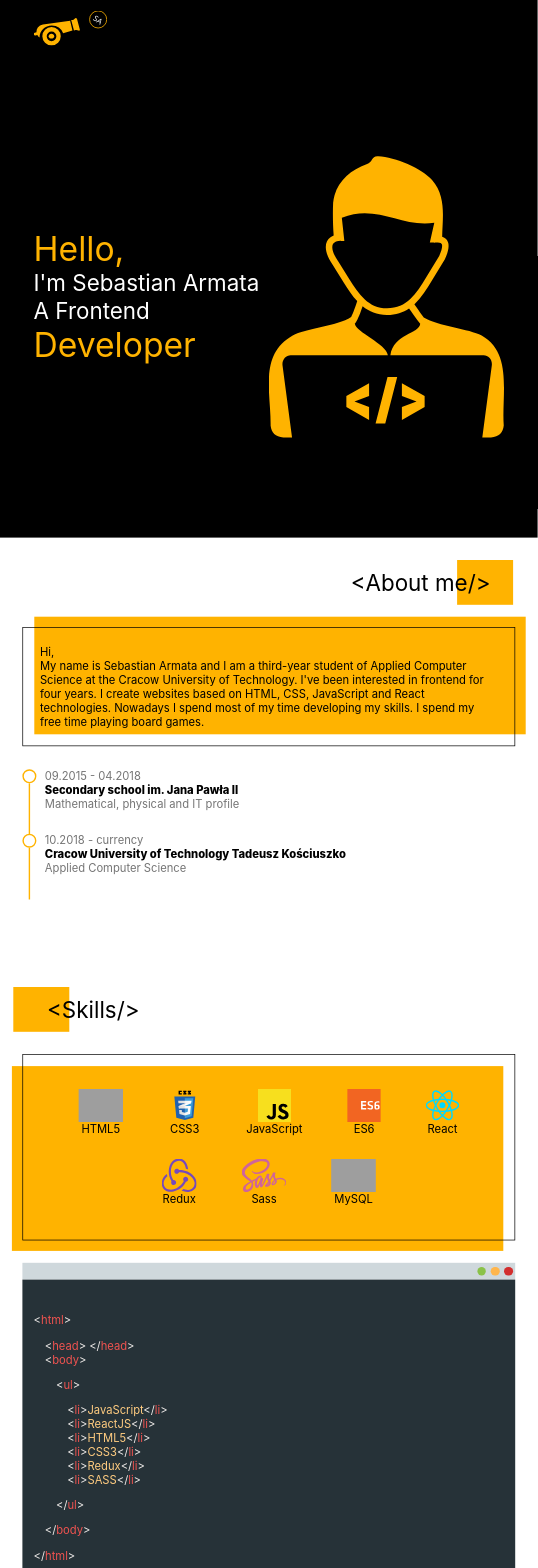
Repository: SebastianArmata22/Portfolio
Page: /
These files come from the project's save history. The page is drawn as it stood at one moment and after a run of saves; the edit follows.
The browser window is 768 px wide. The pictures show the part of the page from y = 0 to 2240 px (the page is 5483 px tall), at 70% of full size.
Pictures or frames that could not be fetched are drawn as grey boxes. The project was rebuilt for these pictures with package versions that can differ from the ones it lists, and the page was loaded fresh each time.

Above is the page before, as saved 2021-03-03 14:39:15.

### public/index.html
<!DOCTYPE html>
<html lang="en">
  <head>
    <meta charset="utf-8" />
    <link rel="icon" href="%PUBLIC_URL%/favicon.ico" />
    <meta name="viewport" content="width=device-width, initial-scale=1" />
    <meta name="theme-color" content="#000000" />
    <meta
      name="description"
      content="Web site created using create-react-app"
    />
    <link rel="apple-touch-icon" href="%PUBLIC_URL%/logo192.png" />
    <!--
      manifest.json provides metadata used when your web app is installed on a
      user's mobile device or desktop. See https://developers.google.com/web/fundamentals/web-app-manifest/
    -->
    <link rel="manifest" href="%PUBLIC_URL%/manifest.json" />
    <!--
      Notice the use of %PUBLIC_URL% in the tags above.
      It will be replaced with the URL of the `public` folder during the build.
      Only files inside the `public` folder can be referenced from the HTML.

      Unlike "/favicon.ico" or "favicon.ico", "%PUBLIC_URL%/favicon.ico" will
      work correctly both with client-side routing and a non-root public URL.
      Learn how to configure a non-root public URL by running `npm run build`.
    -->
    <title>Sebastian Armata</title>
  </head>
  <body>
    <noscript>You need to enable JavaScript to run this app.</noscript>
    <div id="root"></div>
    <!--
      This HTML file is a template.
      If you open it directly in the browser, you will see an empty page.

      You can add webfonts, meta tags, or analytics to this file.
      The build step will place the bundled scripts into the <body> tag.

      To begin the development, run `npm start` or `yarn start`.
      To create a production bundle, use `npm run build` or `yarn build`.
    -->
  </body>
</html>

### src/App.js
import './App.css'
//components
import Header from './components/header/Header'
import MainPage from './components/mainPage/MainPage'
import Skills from './components/skills/Skills'
import AboutMe from './components/aboutMe/AboutMe'
import Contact from './components/contact/Contact'
import Footer from './components/footer/Footer'
import Projects from './components/projects/Projects'

function App() {
  return (
    <div className="App">
      <header>
        <Header />
      </header>
      <main>
        <MainPage />
        <AboutMe />
        <Skills />
        <Projects />
        <Contact />
      </main>
      <footer>
        <Footer />
      </footer>
    </div>
  );
}

export default App;

### src/App.css
html, body,*{
    margin: 0;
    padding: 0;

}
*{
    box-sizing: border-box;
}
:root{
    font-size: 16px;
}

### src/components/mainPage/MainPage.js
import classes from './mainPage.module.scss'
import React from 'react'
import programmer from '../../icons/programmer.svg'

const MainPage = ()=>{
    return(
        <div className={classes.main_page_container}>
            <div>
                <p><span>Hello,</span></p>
                <p>I'm Sebastian Armata</p>
                <p>A Frontend <span>Developer</span></p>
            </div>
            <div className={classes.programmer}>
                <img src={programmer} alt=""></img>
            </div>
        </div>
    )
}
export default MainPage

### src/components/contact/Contact.js
import classes from './contact.module.scss'
import React from 'react'
import EmailForm from '../emailForm/EmailForm'

const Contact = ()=>{
    return(
        <div className={classes.contact}>
        <header>
            <p>&lt;Contact/&gt;</p>
        </header>
        <main>
            <div>
                <div className={classes.contact_info}>
                    <p><span>email: </span>sebastian.armata22@gmail.com</p>
                    <p><span>phone: </span>+48  726 873 385</p>
                    <p><span>LinkedIn: </span>linkedin.com/in/sebastian-armata-605466207</p>
                    <p><span>GitHub: </span>https://github.com/SebastianArmata22</p>

                </div>
            </div>
            <div>
                <EmailForm />
            </div>
        </main>
    </div>
    )
}
export default Contact

### src/components/footer/Footer.js
import classes from './footer.module.scss'
import React from 'react'

const Footer = ()=>{
    return(
        <div className={classes.footer}>
            <p>Sebastian Armata 2021©</p>
        </div>
        )
}
export default Footer

### src/components/projects/Projects.js
import classes from './projects.module.scss'
import projectsData from '../../data/projectsData'
import React from 'react'
import ProjectItem from '../projectItem/ProjectItem'
const Projects = ()=>{

    return(
        <div className={classes.projects}>
            <header>
                <p>&lt;Projects/&gt;</p>
            </header>
            <main>
                {projectsData.map((project)=>< ProjectItem project={project}/>)}
            </main>
        </div>
    )
}
export default Projects

### src/components/header/header.module.scss
@import '../../variables.scss';

.header{
    height: 7rem;
    width: 100%;
    background-color: $third-main-color;
    display: flex;
    align-items: center;
    justify-content: space-between;
    padding: 1rem;
    img{
        padding: 0 2rem;
        height: 75px;
    }
    ul{
        li{
            list-style: none;
            text-align: center;
            cursor: pointer;
        }
    }
}
.hamburger{
        display:flex;
         flex-direction:column;
         width:40px;
         cursor:pointer;
        span{
         background: #fff;
         border-radius:10px;
         height:3px;
         margin: 3px 0;
         transition: .4s  cubic-bezier(0.68, -0.6, 0.32, 1.6);
       }
       span:nth-of-type(1){
         width:50%;
       }
       span:nth-of-type(2){
         width:100%;
       }
       span:nth-of-type(3){
         width:75%;
       }
       input[type="checkbox"]{
         display:none;
       }
       input[type="checkbox"]:checked ~ span:nth-of-type(1){
         transform-origin:bottom;
         transform:rotatez(45deg) translate(4px,0px)
       }
       input[type="checkbox"]:checked ~ span:nth-of-type(2){
         transform-origin:top;
         transform:rotatez(-45deg)
       }
       input[type="checkbox"]:checked ~ span:nth-of-type(3){
         transform-origin:bottom;
         width:50%;
         transform: translate(17px,-2px) rotatez(45deg);
       }
}
@media only screen and (min-width: 768px) {
    .header{
            ul{
                width: 50%;
                display: flex;
                align-items: center;
                justify-content: space-between;
                li{
                    list-style: none;
                    text-align: center;
                    color: $second-main-color;
                    width: 10rem;
                    font-size: 1rem;
                    color: $second-main-color;
                    cursor: pointer;
                    &:hover{
                        color: $first-main-color;
                    }
                }
            }
    }
    .hamburger{
        display: none;
    }
}
@media only screen and (max-width: 768px) {
    .header{
        height: 5rem;
        img{
            height: 50px;
        }
        ul{
            display: none;
        }
}
.responsiveMenu{
    position: absolute;
    top: 7rem;
    left: 0;
    display: flex !important;
    align-items: center;
    flex-direction: column;
    height: calc(100vh - 7rem);
    width: 100%;
    background-color: rgba(0,0,0,1);
    z-index: 10;
    li{
        width: 60%;
        padding: 1rem;
        margin: 1rem;
        font-size: 1.5rem;
        border: 1px solid $second-main-color;
        color: $third-main-color;
        position: relative;
        &::before{
                display: block;
                content: "";
                width: 100%;
                height: 100%;
                z-index: -1;
                position: absolute;
                top:-0.5rem;
                left: -0.5rem;
                background-color: $first-main-color;
        }
    }
}
}

### src/components/mainPage/mainPage.module.scss
@import '../../variables.scss';

.main_page_container{
    width: 100%;
    background-color: $third-main-color;
    padding: 3rem;
    div{
        height: 100%;
        display: flex;
        justify-content: center;
        flex-direction: column;
    }
    p{
        color: $second-main-color;
        font-size: 2rem;
        span{
            color: $first-main-color;
            font-size: 3rem;
        }
    }
}
.programmer{
    img{
        height: 30rem;
    }

}
@media only screen and (max-width: 768px) {
    .main_page_container{
        min-height: calc(100vh - 5rem);
        display: block;
        >div{
            width: 100%;
        }
}
}
@media only screen and (min-width: 768px) {
    .main_page_container{
        min-height: calc(100vh - 7rem);
        @include flex-container;
        >div{
            width: 50%;
        }
}
}

### src/components/skills/skills.module.scss
@import '../../variables.scss';
.skills{
    width: 100%;
    padding: 2rem;
    header{
        @include flex-container;
        p{
            position: relative;
            font-size: 2rem;
            height: 4rem;
            width: 90%;
            display: flex;
            align-items: center;
            &::after{
                display: block;
                content: "";
                    width: 5rem;
                    height: 100%;
                    z-index: -1;
                    position: absolute;
                    top:0;
                    left: -3rem;
                    background-color: $first-main-color;
            }
        }
    }
    main{
        display: flex;
        flex-wrap: wrap;
        align-items: center;
        >div{
            width: 50%;
            display: flex;
            justify-content: center;
        }
    }
}
.bar{
    display: flex;
    justify-content: flex-end;
    align-items: center;
    background-color: #cfd8dc;
    height: 1.5rem;
    div{
        width: 0.8rem;
        height: 0.8rem;
        border-radius: 1rem;
        margin: 0 0.2rem;
        cursor: pointer;

    }
}
.console_container{
    flex-direction: column;
}
._red{
    background-color: #d22e2e;
}
._yellow{
    background-color: #ffb64c;
}
._green{
    background-color: #8ac249;
}
.logo_container{

    width: 100%;
    height: 50%;
    align-items: center;
    flex-wrap: wrap;
    margin: 2rem 0;
    > div{
        min-height: 100%;
        @include flex-container;
        flex-wrap: wrap;
        border: 1px solid $third-main-color;
        position: relative;
        padding: 2rem;
        &::before{
            display: block;
            content: "";
            width: 100%;
            height: 100%;
            z-index: -1;
            position: absolute;
            background-color: $first-main-color;
        }
  }
}
.logo{
    display: flex;
    flex-direction: column;
    align-items: center;
    margin:1rem 3rem;
    img{
        height: 5rem;
    }
}
@media only screen and (max-width: 600px) {
    .skills{
        padding: 0.5rem;
        main{
            flex-direction: column;
            >div{
                width: 100%;
            }
        }
    }
.logo_container{
    padding: 0.2rem;
    margin: 1rem 0;
    > div{
        width: 100%;
        &::before{
            bottom: -0.5rem;
            right: 0.5rem;
        }
    }
}
.logo{
    margin: 1rem;
    img{
        height: 3rem;
    }
}
}
@media only screen and (min-width: 600px) {
    .skills{
        main{
            flex-direction: column;
            >div{
                width: 100%;
            }
        }
    }
    .logo_container{
        > div{
            &::before{
                bottom:-1rem;
                right: 1rem;
            }
      }
    }
    .logo{
        margin: 1rem 2rem;
        img{
            height: 3rem;
        }
    }
}
@media only screen and (min-width: 992px) {
    .skills{
        main{
            flex-direction: row;
            >div{
                width: 50%;
            }
        }
    }
    .logo_container{
        padding: 2rem;
        min-height: 100%;
    }
}

### src/components/aboutMe/aboutme.module.scss
@import '../../variables.scss';

.aboutMe{
    width: 100%;
    padding: 2rem;
    header{
        @include flex-container;
        p{
            position: relative;
            font-size: 2rem;
            height: 4rem;
            width: 90%;
            display: flex;
            align-items: center;
            justify-content: flex-end;
            &::after{
                display: block;
                content: "";
                    width: 5rem;
                    height: 100%;
                    z-index: -1;
                    position: absolute;
                    top:0;
                    right: -2rem;
                    background-color: $first-main-color;
            }
        }
    }
    main{
        @include flex-container;
        padding: 2rem 0;
        >div{
            width: 50%;
        }
    }
}
.textAbouMe{
    border: 1px solid $third-main-color;
    position: relative;
    padding: 1.5rem;
    &::after{
            display: block;
            content: "";
            width: 100%;
            height: 100%;
            z-index: -1;
            position: absolute;
            top: -1rem;
            right: -1rem;
            background-color: $first-main-color;
    }
}
.schoolInformation{
    padding: 2rem;
    span{
        color: #757575;
    }
    ul{
        list-style: none;
        li{
            position: relative;
            padding: 0 0 2rem 0;
            &::before{
                    display: block;
                    content: "";
                    width: 16px;
                    height: 16px;
                    position: absolute;
                    top:1px;
                    left:-2rem;
                    border: 2px solid  $first-main-color;
                    border-radius: 50%;
            }
            &::after{
                display: block;
                content: "";
                width: 2px;
                top: 21px;
                left: calc(-2rem + 9px);
                height: calc(100% - 18px);
                position: absolute;
                background-color: $first-main-color;
        }


        }
    }
}
.school{
    font-weight: 800;
}
@media only screen and (max-width: 768px) {
    .aboutMe{
        main{
            display: block;
            >div{
                width: 100%;
            }
        }
    }
}

### src/components/contact/contact.module.scss
@import '../../variables.scss';
.contact{
    padding: 2rem;
    header{
        p{
            position: relative;
            font-size: 2rem;
            height: 4rem;
            width: 90%;
            display: flex;
            align-items: center;
            &::after{
                display: block;
                content: "";
                width: 5rem;
                height: 100%;
                z-index: -1;
                position: absolute;
                top:0;
                left: 4rem;
                background-color: $first-main-color;
            }
        }
    }
    main{
        width: 100%;
        @include flex-container;
        flex-wrap: wrap;
        padding: 2rem;
        > div{
            min-width: 20rem;
            width: 50%;
            height: 100%;
            @include flex-container;
        }
    }
}
.contact_info{
    flex-direction: column;
    border: 1px solid $third-main-color;
    position: relative;
    padding: 3rem;
    color: $third-main-color;
    align-self: flex-start;
    margin: 2rem;
    font-size: 1rem;
    &::after{
        display: block;
        content: "";
        width: 100%;
        height: 100%;
        z-index: -1;
        position: absolute;
        top:-1rem;
        left: -1rem;
        background-color: $first-main-color;
    }
    span{
        font-weight: 700;
    }
}

### src/components/emailForm/EmailForm.js
import classes from './emailForm.module.scss'
import React from 'react'
import emailjs from 'emailjs-com'

const EmailForm=()=>{

    const sendEmail=(e)=>{
        e.preventDefault();

    emailjs.sendForm('service_cqphpw4', 'template_7bcltq8', e.target, 'user_KBwBVW5CfE4pABZBdHEsH')
      .then((result) => {
          console.log(result.text);
      }, (error) => {
          console.log(error.text);
      });
    }
    return(
    <form className={classes.email_form} onSubmit={sendEmail}>
        <label>Name</label>
        <input type="text" name="user_name" />
        <label>Email</label>
        <input type="email" name="user_email" />
        <label>Message</label>
        <textarea name="message" />
        <button className={classes.send_btn} type="submit" value="Send">Send</button>
    </form>
    )
}
export default EmailForm

### src/components/footer/footer.module.scss
@import '../../variables.scss';
.footer{
    height: 4rem;
    background-color: $first-main-color;
    @include flex-container;
    color: $third-main-color;
    font-size: 1.25rem;
}

### src/components/projects/projects.module.scss
@import '../../variables.scss';
.projects{
    width: 100%;
    padding: 2rem;
    header{
        @include flex-container;
        p{
            position: relative;
            font-size: 2rem;
            height: 4rem;
            width: 90%;
            display: flex;
            align-items: center;
            justify-content: flex-end;
            &::after{
                    display: block;
                    content: "";
                    width: 5rem;
                    height: 100%;
                    z-index: -1;
                    position: absolute;
                    top:0;
                    right: 4rem;
                    background-color: $first-main-color;
            }
        }
    }
    main{
        padding: 4rem 2rem;
        @include flex-container;
        flex-wrap: wrap;
}
}
.project_item{
    position: relative;
    -webkit-box-shadow: 0px 0px 22px -3px rgba(0,0,0,0.75);
    -moz-box-shadow: 0px 0px 22px -3px rgba(0,0,0,0.75);
    box-shadow: 0px 0px 22px -3px rgba(0,0,0,0.75);
    margin: 1rem;
    img{
        width: 100%;
    }
    &:hover{
        .active_hover{
            display: flex;
            justify-content: center;
            align-items: center;
            flex-direction: column;
        }
    }
}
.active{
    .active_hover{
        display: flex;
        justify-content: center;
        align-items: center;
        flex-direction: column;
    }
}
.active_hover{
    background-color: rgba(0,0,0,0.75);
    display: none;
    position: absolute;
    top: 0;
    left: 0;
    width: 100%;
    height: 100%;
    z-index: 100;
    p{
        color: $second-main-color;
        font-size: 1.5rem;
        margin: 1rem;
    }
    button{
        cursor: pointer;
        margin: 1rem;
        padding: 1rem 5rem;
        background-color: transparent;
        border: 1px solid #fff;
        color: $third-main-color;
        position: relative;
        &::after{
            display: block;
            content: "";
                width: 100%;
                height: 100%;
                z-index: -1;
                position: absolute;
                top:-0.25rem;
                left: -0.25rem;
                background-color: $first-main-color;
        }
    }

}
@media only screen and (max-width: 600px) {
    .projects{
            padding: 0.2rem;
            main{
                padding: 0.2rem;
            }
    }
    .project_item{
         width: 100%;
    }
    .active_hover{
        button{
            padding: 0.5rem 3rem;
            margin: 0.5rem;
        }
    }
}

@media only screen and (min-width: 1200px) {
    .project_item{
        width: 40%;
   }
}

### src/components/projectItem/ProjectItem.js
import classes from './projectItem.module.scss'
import React, { useState } from 'react'

const ProjectItem = ({project}) =>{
    const [isChecked, setIsChecked]=useState(false)
    const changeIsChecked=(e)=>{
        setIsChecked(prev=>!prev)
    }
    return(
        <div className={isChecked ? [classes.project_item, classes.active].join(' ') : classes.project_item} onClick={changeIsChecked}>
        <div className={classes.active_hover}>
            <a href={project.live} target="_blank" rel="noreferrer noopener">Live</a>
            <a href={project.github} target="_blank" rel="noreferrer noopener">GitHub</a>
        </div>
        <img src={project.image} alt={project.name}></img>
    </div>
    )
}
export default ProjectItem

### src/variables.scss
$first-main-color: #FFB300;
$second-main-color: #fff;
$third-main-color:#000;
@mixin flex-container {
    display: flex;
    align-items: center;
    justify-content: center;
}

### src/components/consoleSkills/consoleSkills.module.scss
.console_content{
    background-color: #263238;
    padding: 2rem 0;
    width: 100%;
    ul {
      list-style: none;
      color: #EFEBE9;
      padding-left: 1rem;
      padding-right: 1rem;
      margin-top: 1rem;
      margin-bottom: 1rem;
    }
}

.html_text {
    color: #EF5350;
  }
  .html_text_2 {
    color: #FFCC80;
  }

### src/components/emailForm/emailForm.module.scss
@import '../../variables.scss';
.email_form{
    display: flex;
    flex-direction: column;
    height: 80%;
    width: 70%;
    position: relative;

    input[type="text"],input[type="email"]{
        border: none;
        border-bottom: 1px solid $first-main-color;
        margin: 0.5rem 0;
        padding: 0.5rem 1rem;
        outline: none;
        &:focus{
            border-bottom: 2px solid $first-main-color;
        }
    }
    textarea{
        border: 1px solid $first-main-color;
        resize: none;
        height: 10rem;
        margin: 0.5rem 0;
        padding: 1rem;
        outline: none;
        font-family: 'Segoe UI', Tahoma, Geneva, Verdana, sans-serif;
        &:focus{
            border: 2px solid $first-main-color;
        }
    }
}
.send_btn{
    position: relative;
    align-self: center;
    margin: 1rem;
    background-color: transparent;
    width: 7rem;
    height: 3rem;
    border: 1px solid $third-main-color;
    cursor: pointer;
    &::before{
        display: inline-block;
        content: "";
        width: 7rem;
        height: 3rem;
        background-color: $first-main-color;
        position: absolute;
        bottom: -0.5rem;
        right: -0.5rem;
        z-index: -1;
        transition: transform 0.15s ease-out 0s;

    }
    &:hover::before{
        transform: translate(-1rem, -1rem);

    }
}

### src/components/projectItem/projectItem.module.scss
@import '../../variables.scss';

.project_item{
    cursor: pointer;
    position: relative;
    -webkit-box-shadow: 0px 0px 22px -3px rgba(0,0,0,0.75);
    -moz-box-shadow: 0px 0px 22px -3px rgba(0,0,0,0.75);
    box-shadow: 0px 0px 22px -3px rgba(0,0,0,0.75);
    margin: 1rem;
    img{
        width: 100%;
    }
    &:hover{
        .active_hover{
            display: flex;
            justify-content: center;
            align-items: center;
            flex-direction: column;
        }
    }
}
.active{
    .active_hover{
        display: flex;
        justify-content: center;
        align-items: center;
        flex-direction: column;
    }
}
.active_hover{
    background-color: rgba(0,0,0,0.75);
    display: none;
    position: absolute;
    top: 0;
    left: 0;
    width: 100%;
    height: 100%;
    z-index: 100;
    p{
        color: $second-main-color;
        font-size: 1.5rem;
        margin: 1rem;
    }
    a{
        text-decoration: none;
        cursor: pointer;
        margin: 1rem;
        padding: 1rem 5rem;
        background-color: transparent;
        border: 1px solid #fff;
        color: $third-main-color;
        position: relative;
        &::after{
            display: block;
            content: "";
                width: 100%;
                height: 100%;
                z-index: -1;
                position: absolute;
                top:-0.25rem;
                left: -0.25rem;
                background-color: $first-main-color;
                transition: transform 0.15s ease-out 0s;
        }
        &:hover::after{
            transform: translate(0.75rem, 0.75rem);

        }
    }

}
@media only screen and (max-width: 600px) {
    .project_item{
         width: 100%;
    }
    .active_hover{
        a{
            padding: 0.5rem 3rem;
            margin: 0.5rem;
        }
    }
}

@media only screen and (min-width: 1200px) {
    .project_item{
        width: 40%;
   }
}

Loaded but not shown: src/index.js (common file); src/index.css (common file); src/reportWebVitals.js (common file); src/components/consoleSkills/ConsoleSkills.js (62 lines, source omitted); src/components/skills/Skills.js (69 lines, source omitted); src/components/aboutMe/AboutMe.js (42 lines, source omitted); src/data/projectsData.js (52 lines, source omitted); src/components/header/Header.js (28 lines, source omitted)

After the next 2 saves:
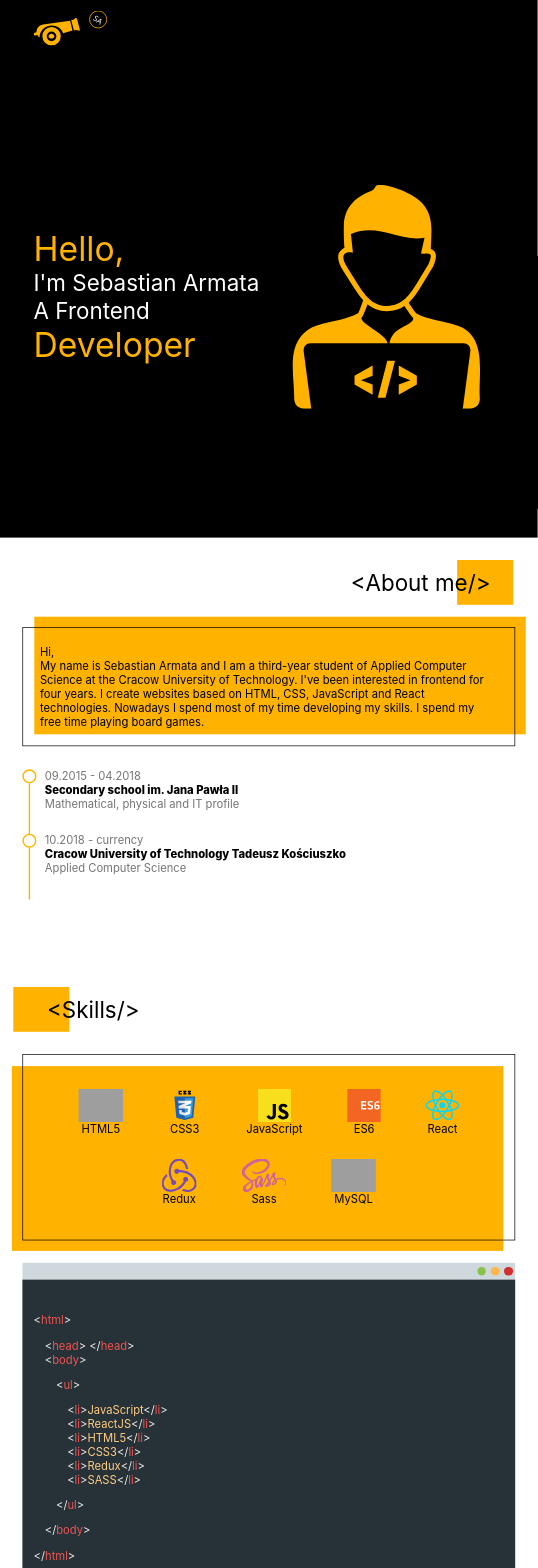
The 2 saves are shown as one change because 1 did not build or start.
The last was saved 28 s later.
--- a/src/components/mainPage/mainPage.module.scss
+++ b/src/components/mainPage/mainPage.module.scss
@@ -32,6 +32,11 @@
         >div{
             width: 100%;
         }
+        .programmer{
+            img{
+                height: 20rem;
+            }
+        }
 }
 }
 @media only screen and (min-width: 768px) {
